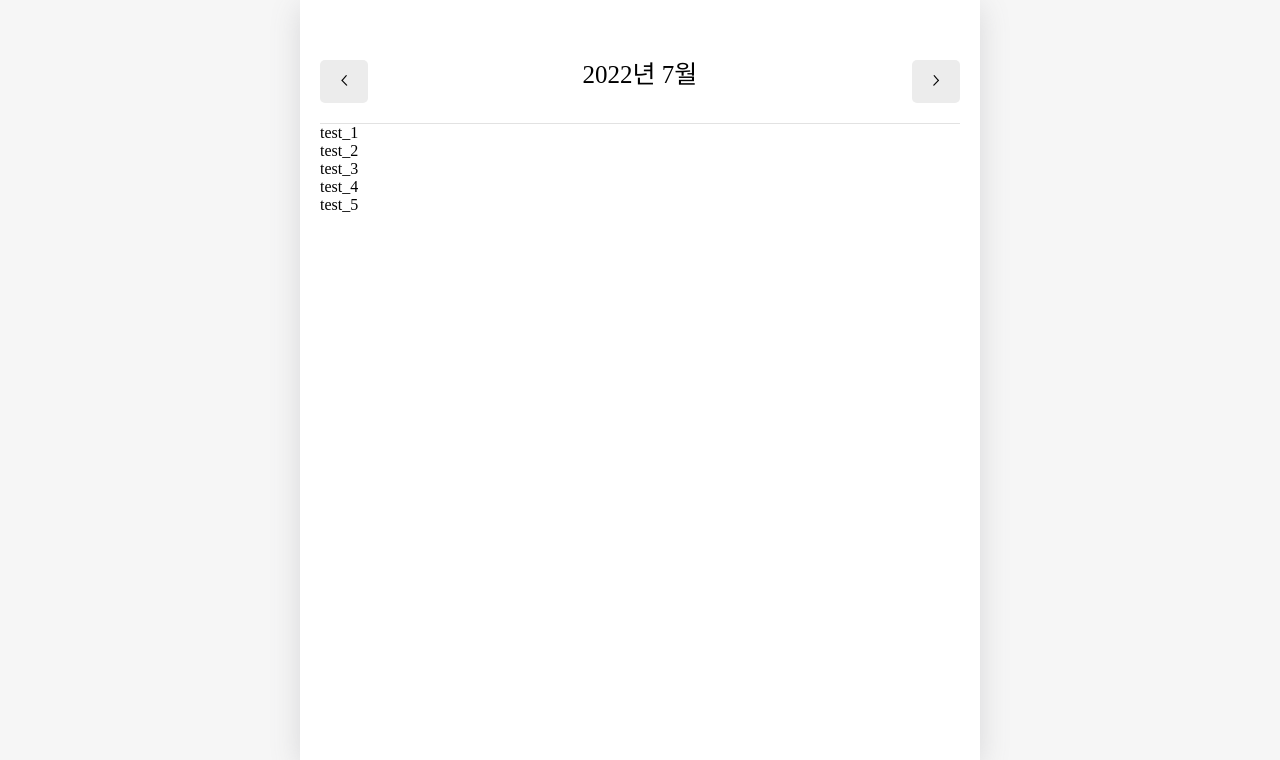
Repository: shinyoungjei/ReactStudy
Page: /
An editor plug-in stored every save of this project. The page is shown before and after the next save, followed by the edit.
The browser window is 1280 px wide. The pictures show the whole page.
Some web fonts or font styles are not loaded; a fallback is used. The project was rebuilt for these pictures with package versions that can differ from the ones it lists, and the page was loaded fresh each time. Also part of the build but not shown: src/pages/Diary.js, src/pages/Edit.js, src/pages/New.js.

Above is the page before, as saved 2022-07-21 00:19:13.

After the next save:
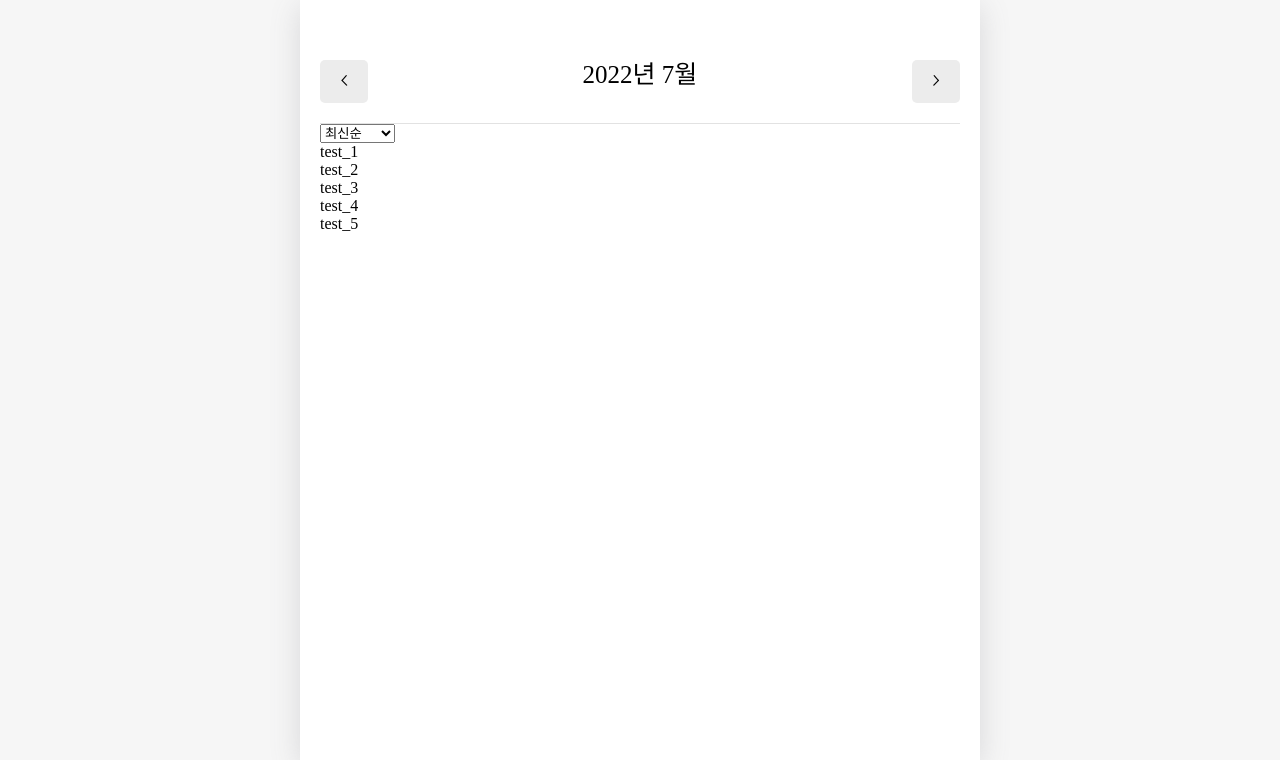
Saved 6 days later.
--- a/src/components/DiaryList.js
+++ b/src/components/DiaryList.js
@@ -1,6 +1,31 @@
+import { useState } from "react";
+
+const sortOptionList = [
+  { value: "latest", name: "최신순" },
+  { value: "oldest", name: "오래된 순" },
+];
+
+const ControlMenu = ({ value, onChange, optionList }) => {
+  return (
+    <select value={value} onChange={e => onChange(e.target.value)}>
+      {optionList.map((it, idx) => (
+        <option key={idx} value={it.value}>
+          {it.name}
+        </option>
+      ))}
+    </select>
+  );
+};
 const DiaryList = ({ diaryList }) => {
+  const [sortType, setSortType] = useState("lastest");
+
   return (
     <div className="DiaryList">
+      <ControlMenu
+        value={sortType}
+        onChange={setSortType}
+        optionList={sortOptionList}
+      />
       {diaryList.map(it => (
         <div key={it.id}>{it.content}</div>
       ))}
